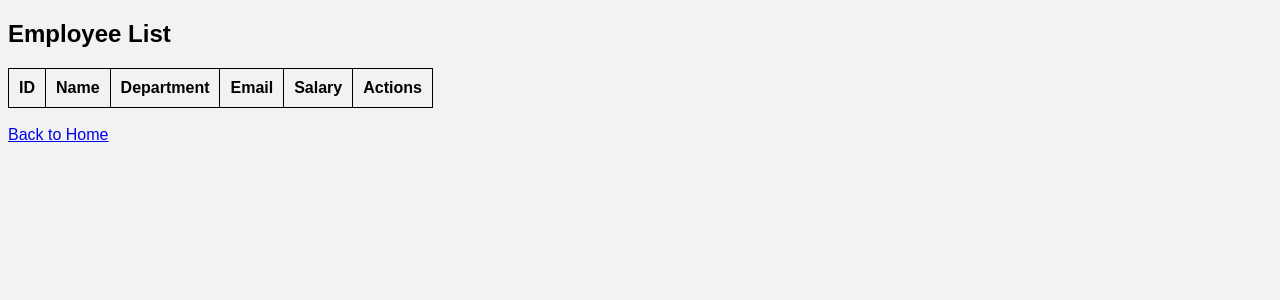
Repository: ashwinii19/Core-Java-Learning
Page: http://localhost/Employee_Management_System/view.jsp
An editor plug-in stored every save of this project. The page is shown before and after the next save, followed by the edit.
The browser window is 1280 px wide. The pictures show the whole page.
The page is served by Tomcat 9. Queries for data that is not in the repository find no rows.

Above is the page before, as saved 2025-08-24 06:19:20.

After the next save:
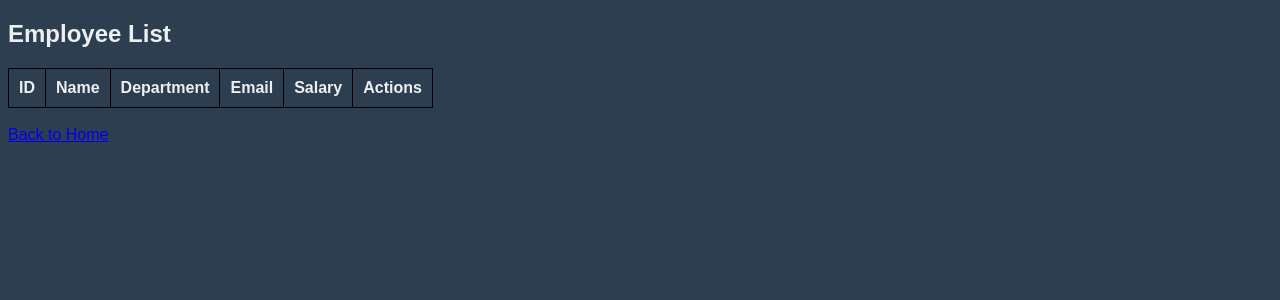
Saved 7 s later.
--- a/Employee Management System/src/main/webapp/view.jsp
+++ b/Employee Management System/src/main/webapp/view.jsp
@@ -8,12 +8,12 @@
 <meta charset="ISO-8859-1">
 <title>View Employees</title>
  <style>
-    body {
-      background-color: #f2f2f2;
-      color: #000;
-      font-family: Arial, sans-serif;
-    }
-  </style>
+  body {
+    background-color: #2c3e50;
+    color: #ecf0f1;
+    font-family: Arial, sans-serif;
+  }
+</style>
 <style>
     table, th, td {
         border: 1px solid black;
